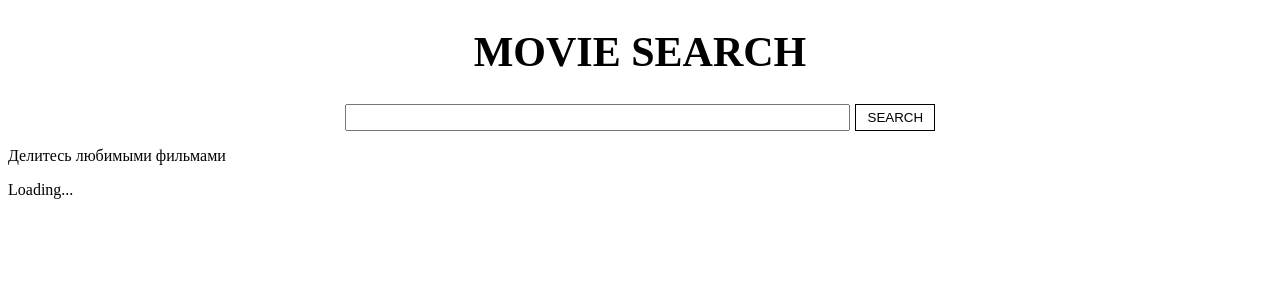
Repository: Hansol46/Films-archive
Page: /
The author's editor kept a copy of each file at every save. The page is drawn from the files as they stood at one save, then again after the next save.
The browser window is 1280 px wide. The pictures show the whole page.
The page's requests for data from a server got no answer. The project was rebuilt for these pictures with package versions that can differ from the ones it lists, and the page was loaded fresh each time. No one was signed in, and anything a server would have sent is missing. Also part of the build but not shown: webpack.config.js, src/components/material/nav.js, src/components/Movie.js.

Above is the page before, as saved 2020-09-25 13:19:11.

After the next save:
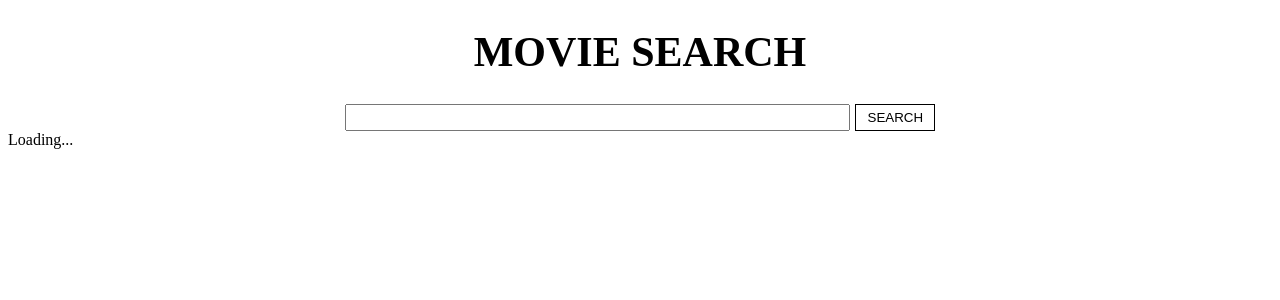
Saved 30 min 11 s later.
--- a/src/components/App.js
+++ b/src/components/App.js
@@ -78,7 +78,6 @@ function App () {
         <div className={'App'}>
             <h1>MOVIE SEARCH</h1>
             <Search search={search}/>
-            <p className='AppInfo'>Делитесь любимыми фильмами</p>
             <div className="movies">
                 {loading && !error ? (
                     <span>Loading...</span>
